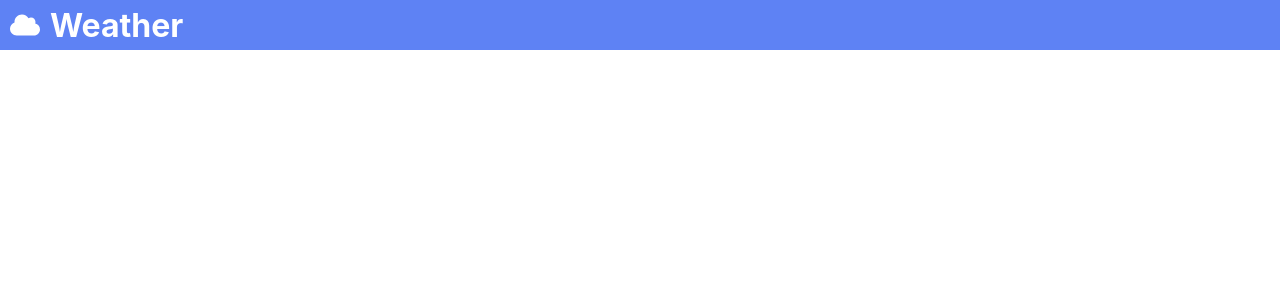
Repository: ahmedazawi/weather-app
Page: /
These files come from the project's save history. The page is drawn as it stood at one moment and after the next save; the edit follows.
The browser window is 1280 px wide. The pictures show the whole page.
The project was rebuilt for these pictures with package versions that can differ from the ones it lists, and the page was loaded fresh each time.

Above is the page before, as saved 2022-11-29 20:42:27.

After the next save:
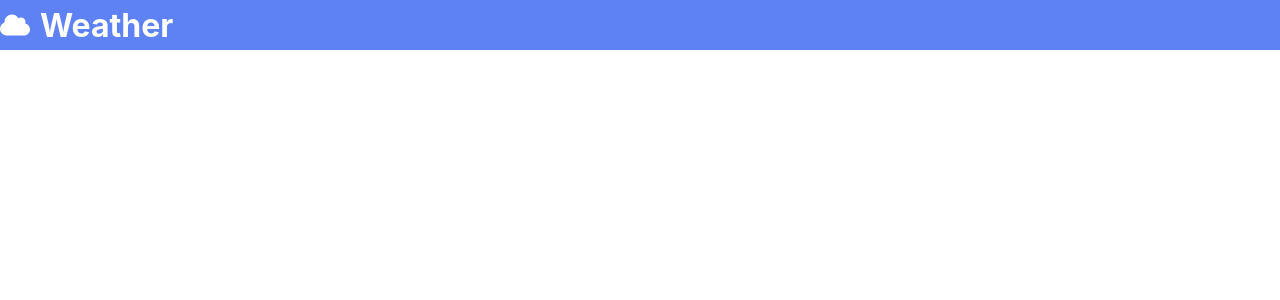
Saved 31 s later.
--- a/src/App.css
+++ b/src/App.css
@@ -9,6 +9,6 @@ body {
 
   background-color: var(--primaryColor);
 }
-.nav div {
+/* .nav div {
   margin-left: 10px;
-}
+} */

After the 2 saves that followed:
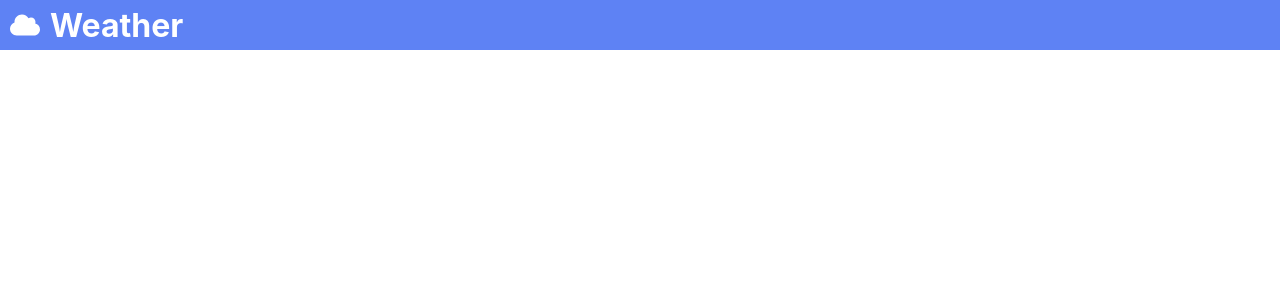
The 2 saves are shown as one change because they came seconds apart.
The last was saved 21 s later.
--- a/src/layout/Header.js
+++ b/src/layout/Header.js
@@ -10,6 +10,7 @@ const Header = () => {
           icon={faCloud}
           size="xl"
           color="White"
+          style={{ marginLeft: "10px" }}
         />
       </div>
 
